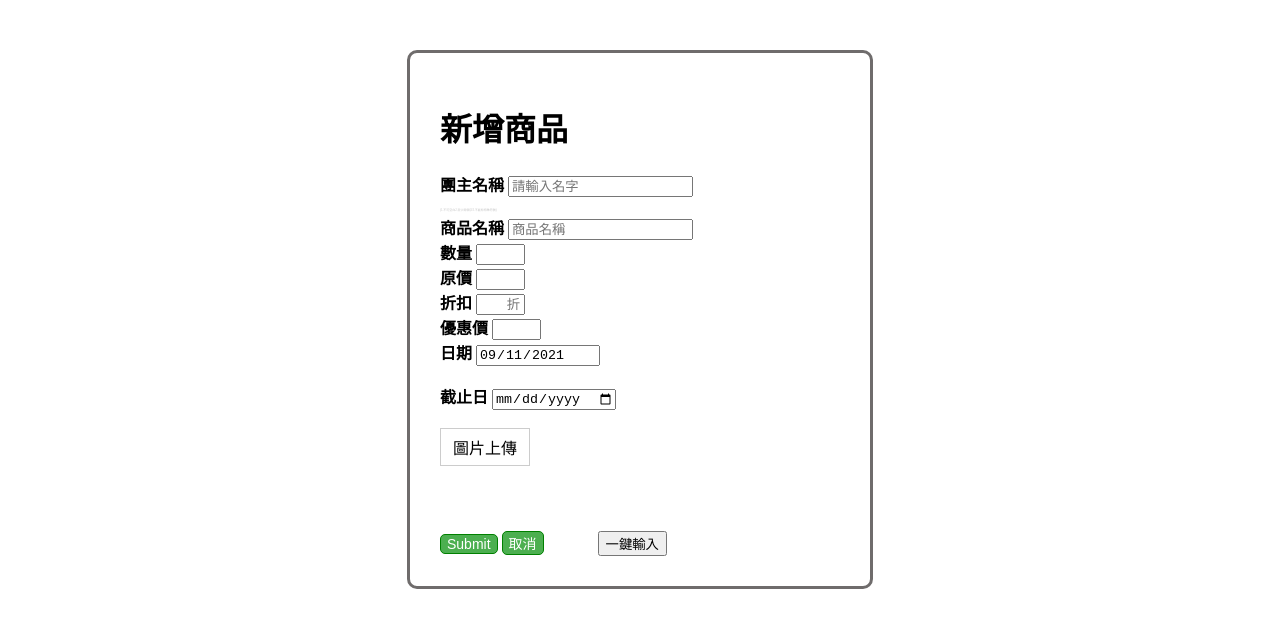
Repository: irlmpbfhvf2009/2021-09-17-Pro2-MVC
Page: http://localhost/Groupon/Manage-add.jsp
An editor plug-in stored every save of this project. The page is shown before and after the next save, followed by the edit.
The browser window is 1280 px wide. The pictures show the whole page.
The page is served by Tomcat 9.

Above is the page before, as saved 2021-09-13 12:37:38.

After the next save:
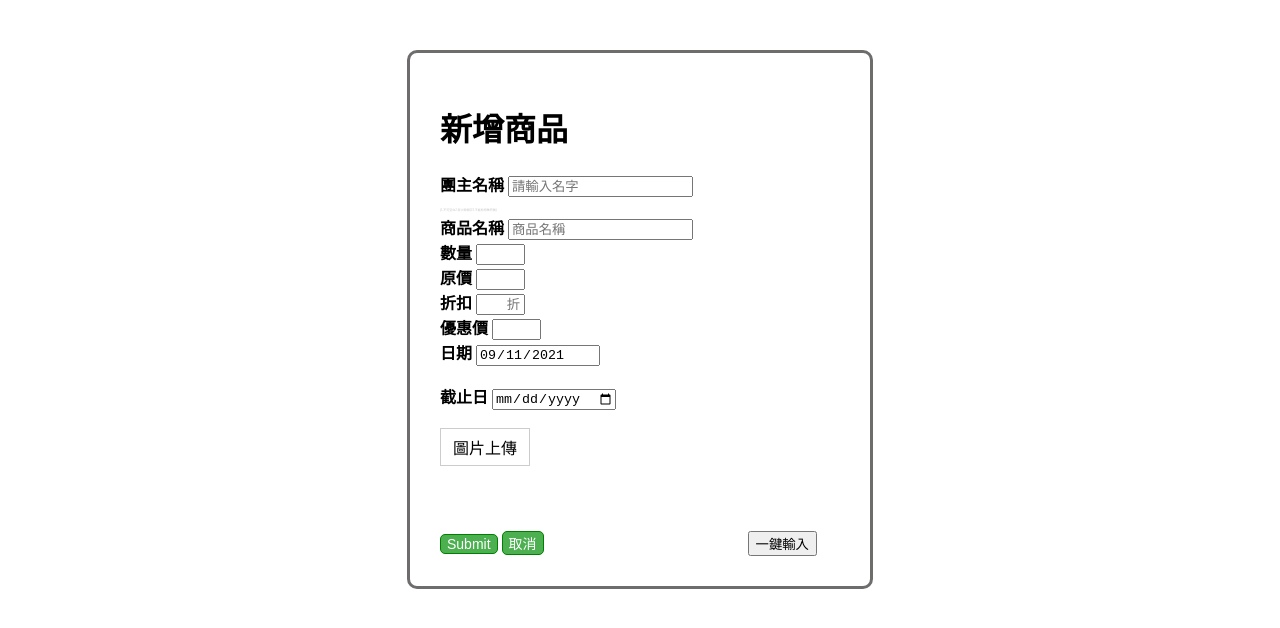
Saved 11 s later.
--- a/Groupon/src/main/webapp/Manage-add.jsp
+++ b/Groupon/src/main/webapp/Manage-add.jsp
@@ -62,7 +62,7 @@ img{float=none;}
 
 			<input type="submit" id="sbtn" name="gSubmit" style="margin-top: 50px;" class="sgbtn">
 			<a href="Home.jsp"><input type="button" name="cancel" class="sgbtn" value="取消"></a>
-			<input type="button" class="ssgbtn" value="一鍵輸入" style="margin-left:50px">
+			<input type="button" class="ssgbtn" value="一鍵輸入" style="margin-left:200px">
 		</form>
 	</div>
 	<script src="https://code.jquery.com/jquery-3.6.0.js"></script>
